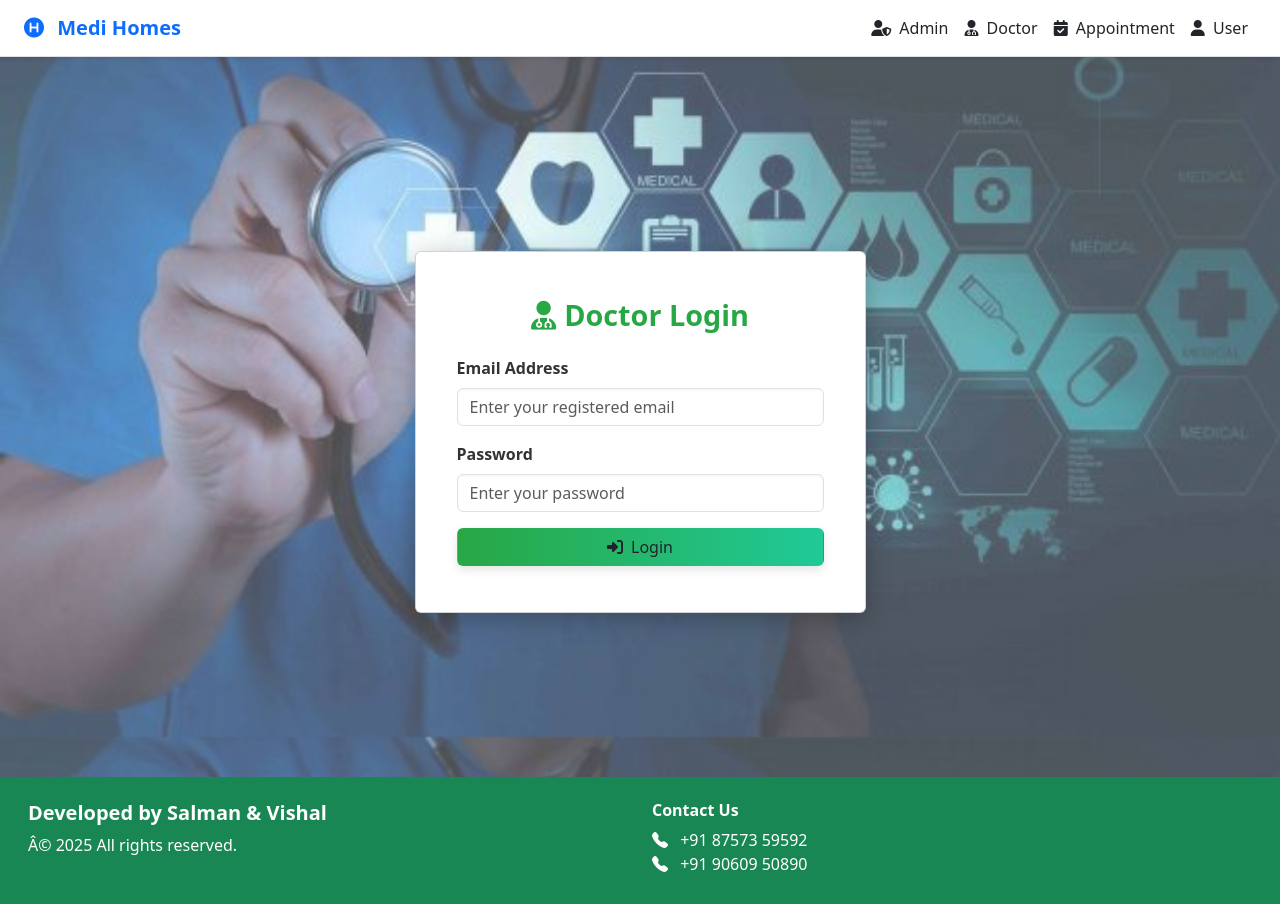
Repository: vishal-java-dev/Hospital_Management_System
Page: http://localhost/Hospital_Management_System/doctor_login.jsp
An editor plug-in stored every save of this project. The page is shown before and after the next save, followed by the edit.
The browser window is 1280 px wide. The pictures show the whole page.
Backgrounds fixed to the window are drawn as part of the page. The page is served by Tomcat 10.

Above is the page before, as saved 2025-07-02 01:47:43.

After the next save:
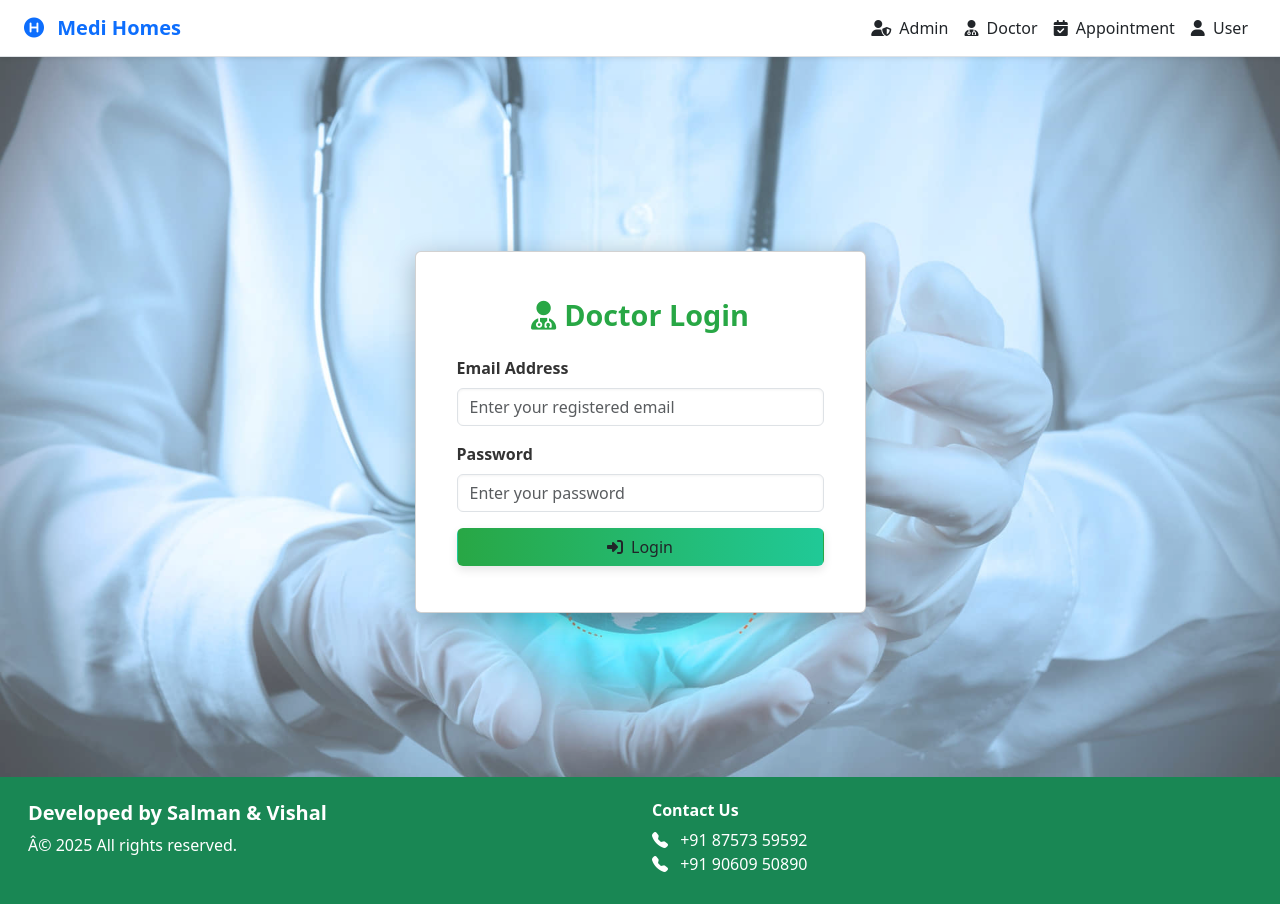
Saved 55 s later.
--- a/Hospital_Management_System/src/main/webapp/doctor_login.jsp
+++ b/Hospital_Management_System/src/main/webapp/doctor_login.jsp
@@ -13,7 +13,7 @@
       height: 100%;
       margin: 0;
       padding: 0;
-      background: url('img/bg-4.jpg') no-repeat center center fixed;
+      background: url('img/bg-5.jpg') no-repeat center center fixed;
       background-size: cover;
       font-family: 'Segoe UI', Tahoma, Geneva, Verdana, sans-serif;
     }
